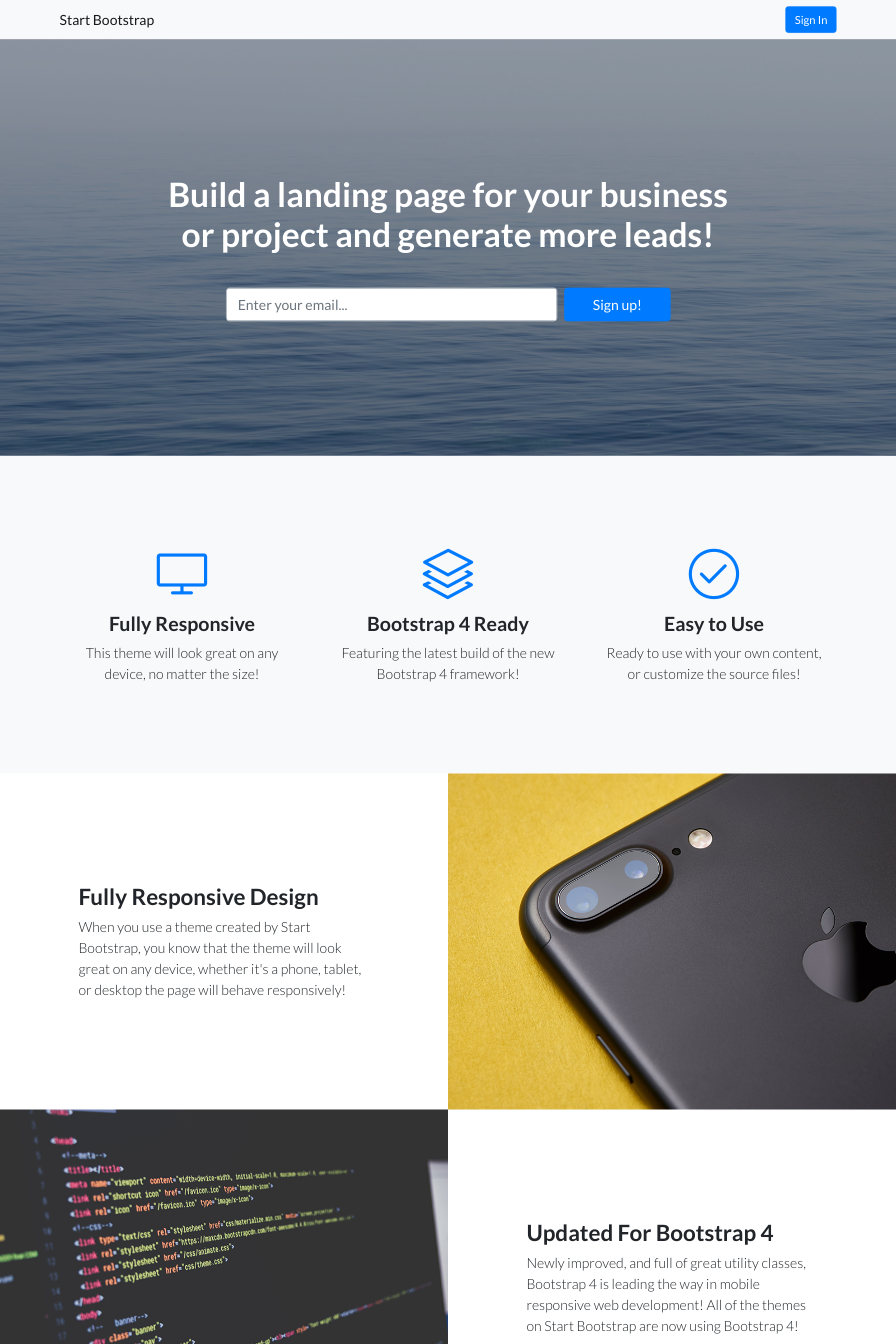
Repository: kunxin-chor/flask-etc-demo
Page: http://localhost/
The author's editor kept a record of every edit. The page is drawn from the files as they stood at one moment, then again after the next edit.
The browser window is 1280 px wide. The pictures show the part of the page from y = 0 to 1920 px (the page is 3657 px tall before and 2821 px after), at 70% of full size.
The page is served by the project's application, run on Flask 3 (flask-bootstrap/app.py).

Above is the page before.

After the next edit:
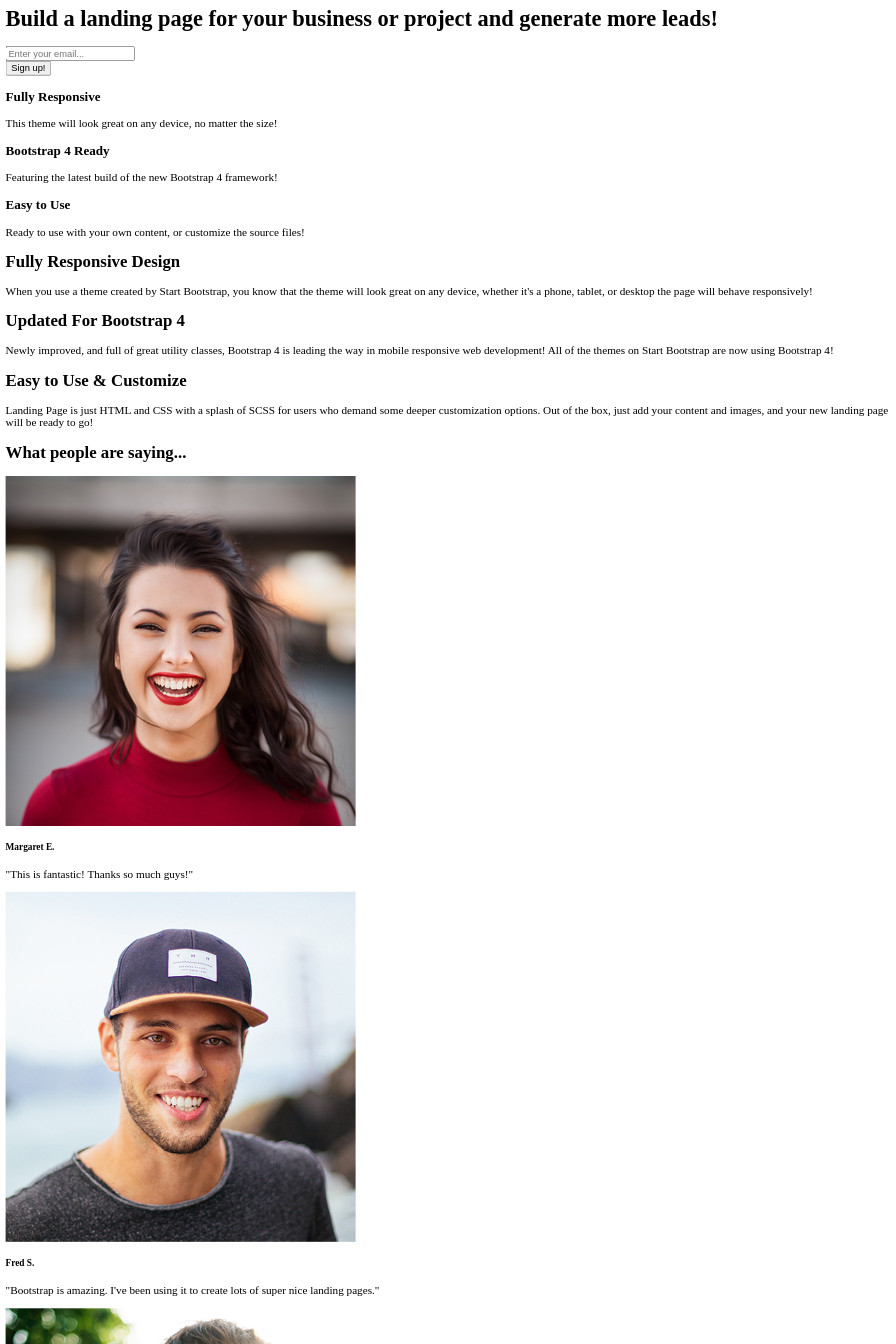
The edit:
--- a/flask-bootstrap/templates/index.html
+++ b/flask-bootstrap/templates/index.html
@@ -1,37 +1,3 @@
-<!DOCTYPE html>
-<html lang="en">
-
-<head>
-
-  <meta charset="utf-8">
-  <meta name="viewport" content="width=device-width, initial-scale=1, shrink-to-fit=no">
-  <meta name="description" content="">
-  <meta name="author" content="">
-
-  <title>Landing Page - Start Bootstrap Theme</title>
-
-  <!-- Bootstrap core CSS -->
-  <link href="static/vendor/bootstrap/css/bootstrap.min.css" rel="stylesheet">
-
-  <!-- Custom fonts for this template -->
-  <link href="static/vendor/fontawesome-free/css/all.min.css" rel="stylesheet">
-  <link href="static/vendor/simple-line-icons/css/simple-line-icons.css" rel="stylesheet" type="text/css">
-  <link href="https://fonts.googleapis.com/css?family=Lato:300,400,700,300italic,400italic,700italic" rel="stylesheet" type="text/css">
-
-  <!-- Custom styles for this template -->
-  <link href="static/css/landing-page.min.css" rel="stylesheet">
-
-</head>
-
-<body>
-
-  <!-- Navigation -->
-  <nav class="navbar navbar-light bg-light static-top">
-    <div class="container">
-      <a class="navbar-brand" href="#">Start Bootstrap</a>
-      <a class="btn btn-primary" href="#">Sign In</a>
-    </div>
-  </nav>
 
   <!-- Masthead -->
   <header class="masthead text-white text-center">
